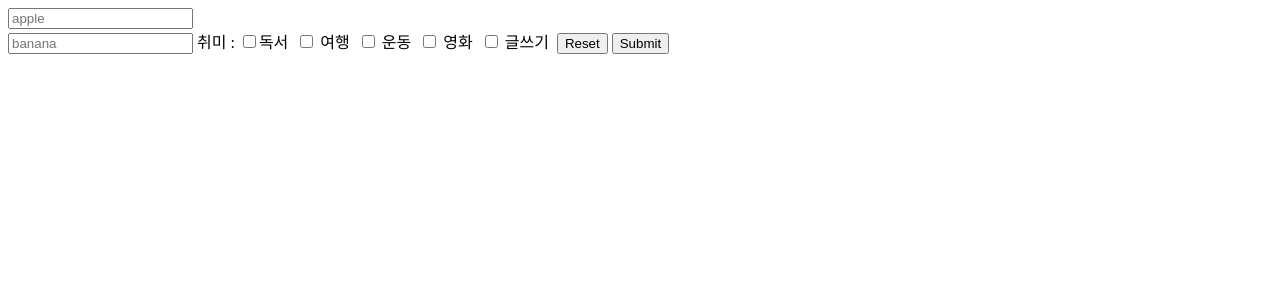
Repository: dev-leeJin/jsp-practice
Page: http://localhost/JSPBasic/JspObject/1.requests/req_param_send.jsp
An editor plug-in stored every save of this project. The page is shown before and after the next save, followed by the edit.
The browser window is 1280 px wide. The pictures show the whole page.
The page is served by Tomcat 9.

Above is the page before, as saved 2022-02-03 06:19:45.

### JSPBasic/src/main/webapp/JspObject/1.requests/req_param_send.jsp
<%@ page language="java" contentType="text/html; charset=UTF-8"
    pageEncoding="UTF-8"%>
<!DOCTYPE html>
<html>
<head>
<meta charset="UTF-8">
<title>Insert title here</title>
</head>
<body>
<%--아래에 form을 만들고 내부에 input 4개를 만들어주세요.
input태그의 type속성은 하나는 text, 하나는 password
name속성은 하나는 apple, 하나는 banana로 해 주세요.
reset버튼과 submit 버튼도 각각 하나씩 만들어주세요. --%>

<%--form의 action이 바로 목적지를 적는 부분임.
웹개발에서는 받을 페이지 화면의 주소를 적어줍니다. --%>

<form action="req_param_getpost.jsp" method="get">
	<input type="text" name="apple" placeholder="apple"/> <br/>
	<input type="password" name="banana" placeholder="banana"/>

	취미 :
	<input type="checkbox" name="hobby" />독서&nbsp; <%--nbsp는 띄어쓰기다.  --%>
	<input type="checkbox" name="hobby"/> 여행&nbsp;
	<input type="checkbox" name="hobby"/> 운동&nbsp;
	<input type="checkbox" name="hobby"/> 영화&nbsp;
	<input type="checkbox" name="hobby"/> 글쓰기&nbsp;


	<input type="reset"/>
	<input type="submit"/>
</form> <!-- 아무것도 넣지 않으면 get방식으로 들어간다. -->

</body>
</html>

After the next save:
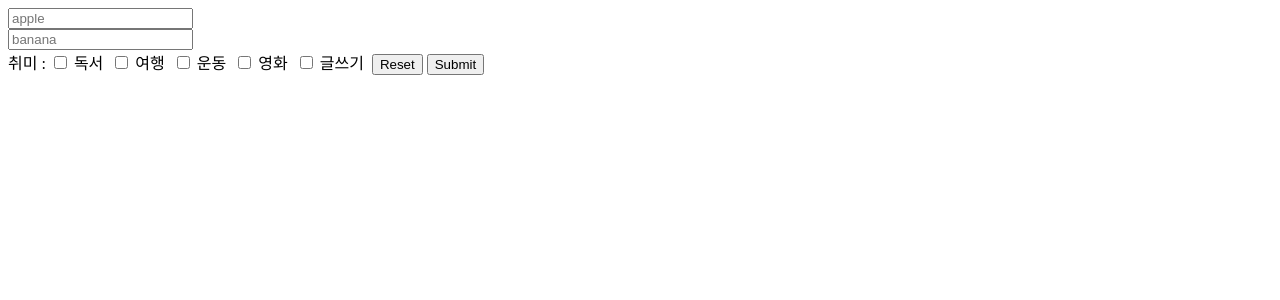
Saved 86 s later.
--- a/JSPBasic/src/main/webapp/JspObject/1.requests/req_param_send.jsp
+++ b/JSPBasic/src/main/webapp/JspObject/1.requests/req_param_send.jsp
@@ -17,14 +17,14 @@
 
 <form action="req_param_getpost.jsp" method="get">
 	<input type="text" name="apple" placeholder="apple"/> <br/>
-	<input type="password" name="banana" placeholder="banana"/>
+	<input type="password" name="banana" placeholder="banana"/> <br/>
 
-	취미 :
-	<input type="checkbox" name="hobby" />독서&nbsp; <%--nbsp는 띄어쓰기다.  --%>
-	<input type="checkbox" name="hobby"/> 여행&nbsp;
-	<input type="checkbox" name="hobby"/> 운동&nbsp;
-	<input type="checkbox" name="hobby"/> 영화&nbsp;
-	<input type="checkbox" name="hobby"/> 글쓰기&nbsp;
+	취미 : <%-- value를 넣지 않으면 전송되더라도 뭐가 전송됐는지 알 수 없다. --%>
+	<input type="checkbox" name="hobby" value="독서"/> 독서&nbsp; <%--nbsp는 띄어쓰기다.  --%>
+	<input type="checkbox" name="hobby" value="여행"/> 여행&nbsp;
+	<input type="checkbox" name="hobby" value="운동"/> 운동&nbsp;
+	<input type="checkbox" name="hobby" value="영화"/> 영화&nbsp;
+	<input type="checkbox" name="hobby" value="글쓰기"/> 글쓰기&nbsp;
 
 
 	<input type="reset"/>
